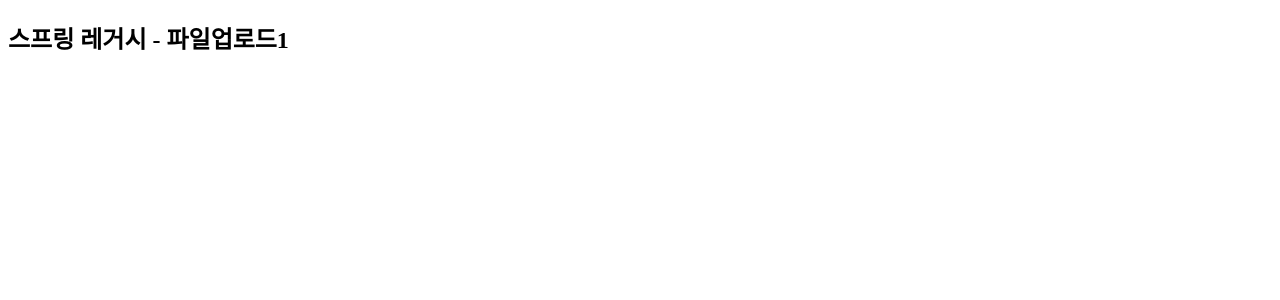
Repository: midrash/fileUpload-Test
Page: http://localhost/fileupload03-legacy/
An editor plug-in stored every save of this project. The page is shown before and after the next save, followed by the edit.
The browser window is 1280 px wide. The pictures show the whole page.
The page is served by Tomcat 9. Other server files are loaded and not shown.

Above is the page before, as saved 2020-11-04 05:53:57.

### fileupload03-legacy/src/main/webapp/WEB-INF/views/index.jsp
<%@ page language="java" contentType="text/html; charset=UTF-8"
    pageEncoding="UTF-8"%>
<!DOCTYPE html>
<html>
<head>
<meta charset="UTF-8">
<title>Insert title here</title>
</head>
<body>
	<h2>스프링 레거시 - 파일업로드1</h2>
	<form method="post" enctype="multipart/form-data" action="${pageContext.request.contextPath}/file/upload1.do"></form>
</body>
</html>

After the next save:
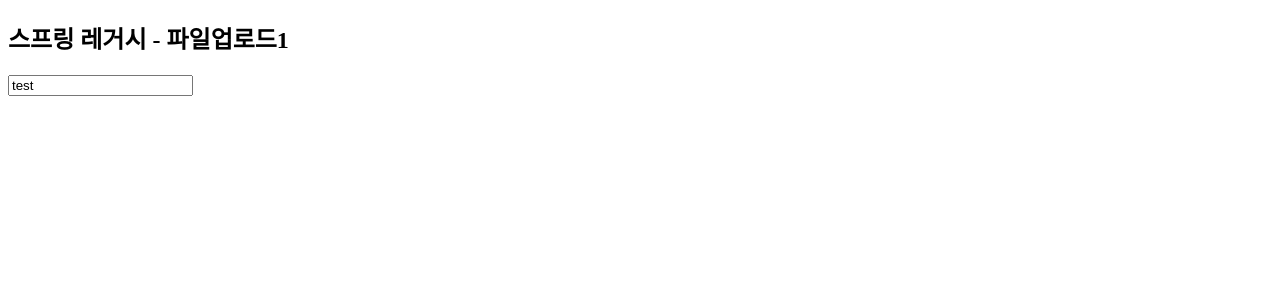
Saved 43 s later.
--- a/fileupload03-legacy/src/main/webapp/WEB-INF/views/index.jsp
+++ b/fileupload03-legacy/src/main/webapp/WEB-INF/views/index.jsp
@@ -9,5 +9,6 @@
 <body>
 	<h2>스프링 레거시 - 파일업로드1</h2>
 	<form method="post" enctype="multipart/form-data" action="${pageContext.request.contextPath}/file/upload1.do"></form>
+	<input type="text" name="msg" value="test"><br>
 </body>
 </html>
